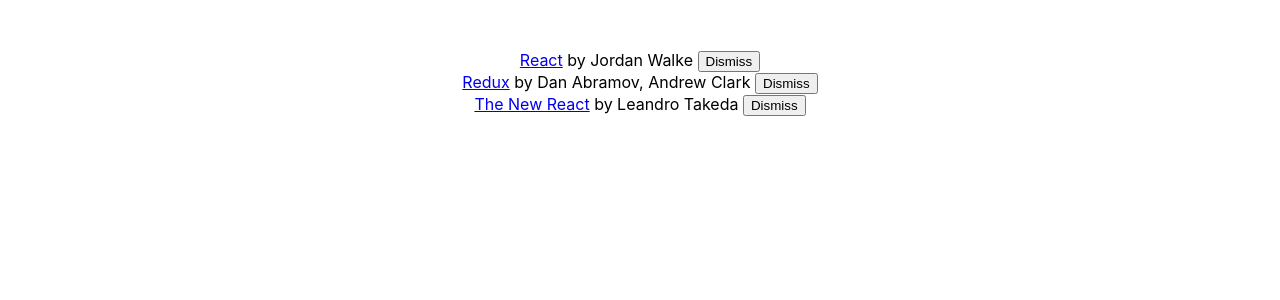
Repository: letakeda/hackernews
Page: /
These files come from the project's save history. The page is drawn as it stood at one moment and after the next save; the edit follows.
The browser window is 1280 px wide. The pictures show the whole page.
The project was rebuilt for these pictures with package versions that can differ from the ones it lists, and the page was loaded fresh each time.

Above is the page before, as saved 2019-12-03 08:16:27.

### src/index.js
import React from 'react';
import ReactDOM from 'react-dom';
import './index.css';
import App from './App';
import * as serviceWorker from './serviceWorker';

ReactDOM.render(<App />, document.getElementById('root'));

if(module.hot) {
    module.hot.accept();
}

// If you want your app to work offline and load faster, you can change
// unregister() to register() below. Note this comes with some pitfalls.
// Learn more about service workers: https://bit.ly/CRA-PWA
serviceWorker.unregister();

### src/App.js
import React, { Component } from 'react';
import './App.css';

const title = (<h2>Takeda</h2>)

const list = [
  {
    title: 'React',
    url: 'https://reactjs.org',
    author: ' by Jordan Walke',
    objectID: 1
  },
  {
    title: 'Redux',
    url: 'https://redux.js.org',
    author: ' by Dan Abramov, Andrew Clark',
    objectID: 2,
    ppints: 3
  },
  {
    title: 'The New React',
    url: 'https://newreact.js.org',
    author: ' by Leandro Takeda',
    objectID: 3
  }
]

class App extends Component {

  constructor(props) {
    super(props)
    this.state = {
      list: list,
    }
  }

  render() {
    //const welcome_message = 'Welcome to the road of learn React!';
    //welcome_message = 'text'
    return (
      <div className="App">
        {this.state.list.map(item =>
          <div key={item.objectID}>
            <span>
              <a href={item.url}>{item.title}</a></span>
            <span>{item.author} </span>
            <span>{item.num_comments}</span>
            <span>{item.points}</span>
            <span>
              <button onClick={() => this.onDismiss(item.objectID)} type="button">Dismiss</button>
            </span>
          </div>
        )}
      </div>
    )
  }
}

export default App;

### src/App.css
.App {
  text-align: center;
  margin-top: 50px;
}

.App-logo {
  height: 40vmin;
}

.App-header {
  background-color: #282c34;
  min-height: 100vh;
  display: flex;
  flex-direction: column;
  align-items: center;
  justify-content: center;
  font-size: calc(10px + 2vmin);
  color: white;
}

.App-link {
  color: #09d3ac;
}

Loaded but not shown: public/index.html (common file); src/index.css (common file); src/serviceWorker.js (common file)

After the next save:
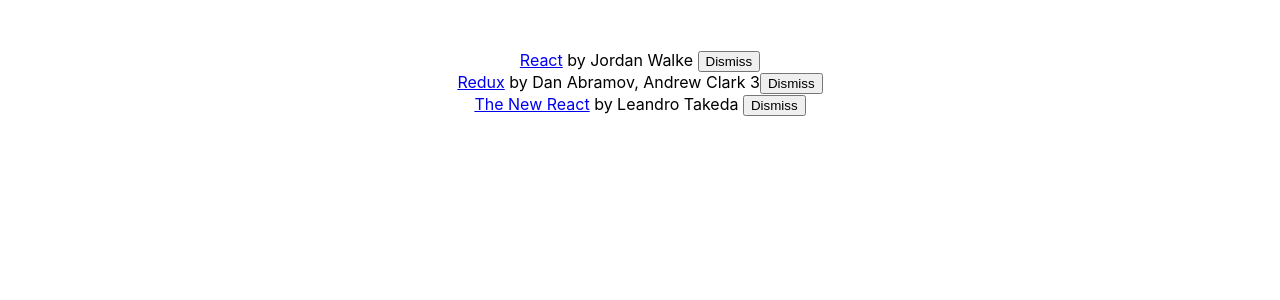
Saved 13 s later.
--- a/src/App.js
+++ b/src/App.js
@@ -15,7 +15,7 @@
     url: 'https://redux.js.org',
     author: ' by Dan Abramov, Andrew Clark',
     objectID: 2,
-    ppints: 3
+    points: 3
   },
   {
     title: 'The New React',

After the 2 saves that followed:
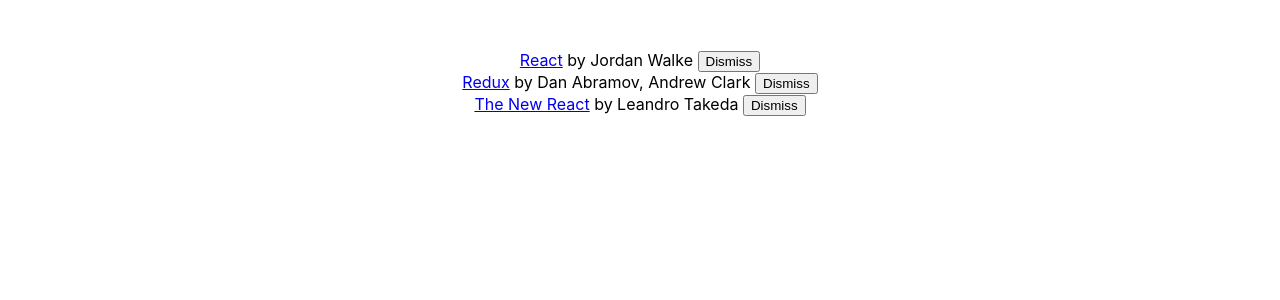
The 2 saves are shown as one change because they came seconds apart.
The last was saved 8 s later.
--- a/src/App.js
+++ b/src/App.js
@@ -15,7 +15,6 @@
     url: 'https://redux.js.org',
     author: ' by Dan Abramov, Andrew Clark',
     objectID: 2,
-    points: 3
   },
   {
     title: 'The New React',
